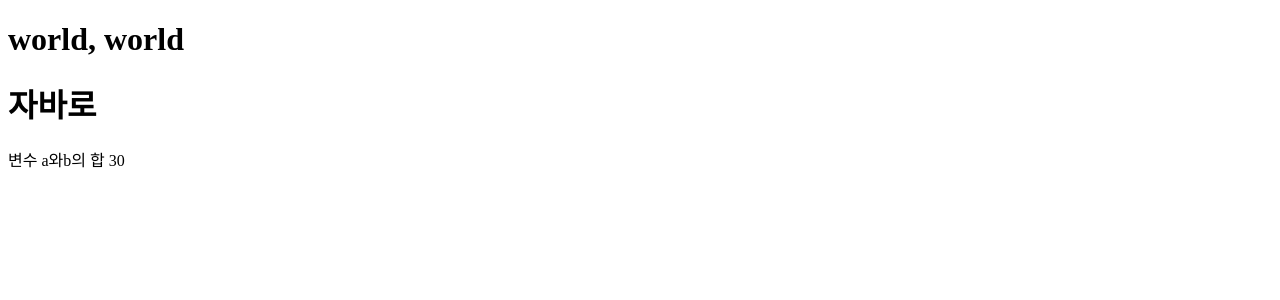
Repository: bbiot317/JSP
Page: http://localhost/Study01/
An editor plug-in stored every save of this project. The page is shown before and after the next save, followed by the edit.
The browser window is 1280 px wide. The pictures show the whole page.
The page is served by Tomcat 9.

Above is the page before, as saved 2022-05-30 01:51:55.

### Study01/src/main/webapp/index.jsp
<%@ page language="java" contentType="text/html; charset=utf-8"
    pageEncoding="utf-8"%>
<!DOCTYPE html>
<html>
	<head>
		<meta charset="utf-8">
		<title>ㅔㅈ목 여기</title>
	</head>
	<body>
		<h1>world, world</h1>
		<% out.println("<h1>자바로</h1>");%>
		<%
			int a=10;
			int b=20;
			int s=a+b;
			out.println("변수 a와b의 합 "+s+"  ")	;
		%>
	</body>
</html>

After the next save:
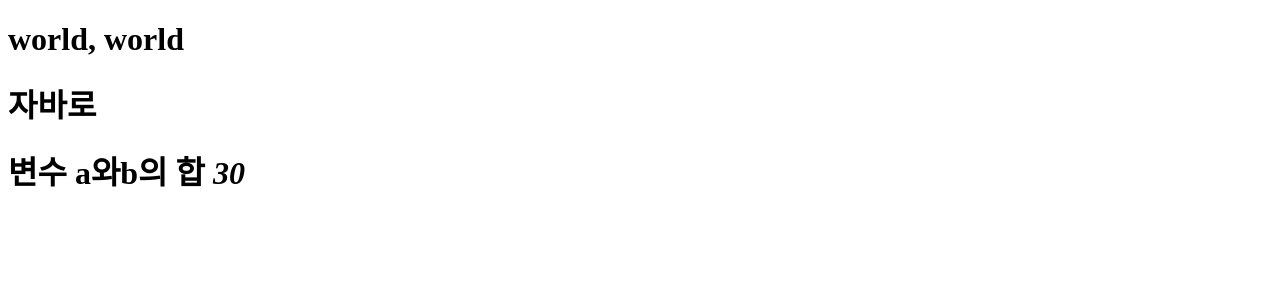
Saved 101 s later.
--- a/Study01/src/main/webapp/index.jsp
+++ b/Study01/src/main/webapp/index.jsp
@@ -13,7 +13,7 @@
 			int a=10;
 			int b=20;
 			int s=a+b;
-			out.println("변수 a와b의 합 "+s+"  ")	;
+			out.println("<h1>변수 a와b의 합 <i>"+s+"</i>  </h1>")	;
 		%>
 	</body>
 </html>
